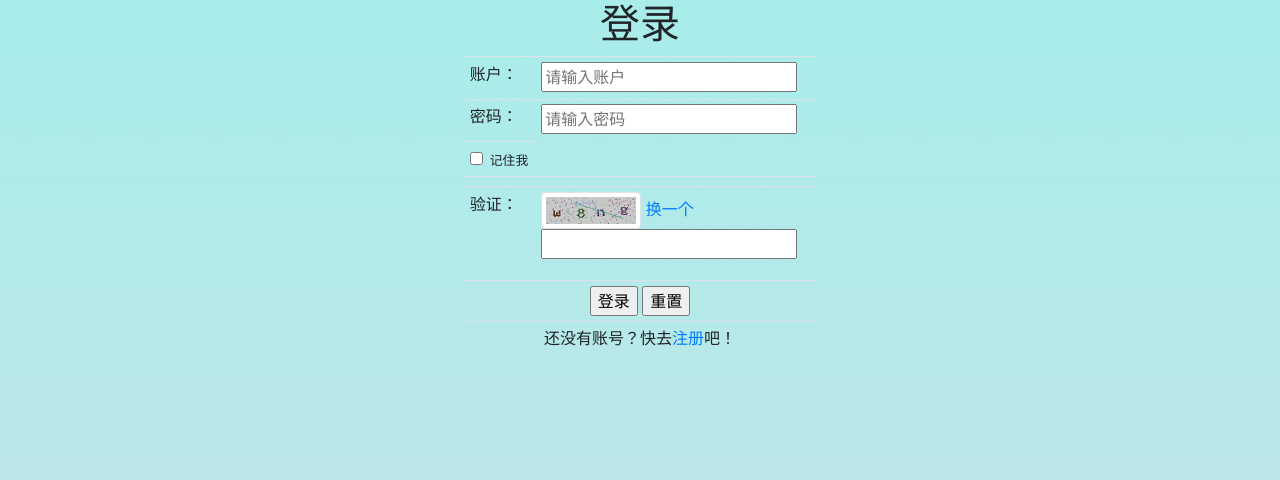
Repository: DHUAVH/Blog
Page: http://localhost/login.php
The author's editor kept a copy of each file at every save. The page is drawn from the files as they stood at one save, then again after the next save.
The browser window is 1280 px wide. The pictures show the whole page.
Some web libraries are served in a nearby version. The page is run by PHP 8.4 with error messages shown; the project is at /var/www/html/.

Above is the page before, as saved 2020-11-22 17:34:12.

### login.php
<!DOCTYPE html>
<html lang="en">
<head>
    <meta charset="UTF-8">
    <meta name="viewport" content="width=device-width, initial-scale=1.0">
    <link rel="stylesheet" href="https://cdn.staticfile.org/twitter-bootstrap/4.3.1/css/bootstrap.min.css">
    <script src="https://cdn.staticfile.org/jquery/3.2.1/jquery.min.js"></script>
    <script src="https://cdn.staticfile.org/popper.js/1.15.0/umd/popper.min.js"></script>
    <script src="https://cdn.staticfile.org/twitter-bootstrap/4.3.1/js/bootstrap.min.js"></script>
    <title>登陆界面</title>

</head>

<body background="images\bgimg.png">
    <div class="container">
        <h1 class="text-center">登录</h1>
        <div class="row">
            <div class="col-sm-4 offset-sm-4">    <!--使用网格系统和偏移量设置居中-->
                <form role="form" action="loginAction.php" method="POST">
                    <table class="table table-sm">      <!--设置表格样式-->
                        <tr>
                            <td><label for="ID">账户：</label></td>
                            <td><input id="ID" type="text" name="username"
                            value="<?php echo isset($_COOKIE['username']) ? $_COOKIE['username'] : "";?>"  placeholder="请输入账户" required></td>
                        </tr>

                        <tr>
                            <td><label for="lastname">密码：</label></td>
                            <td><input type="password" id="lastname" name="password" placeholder="请输入密码" required></td>
                        </tr>

                        <tr>
                            <td>
                                <div class="form-check">
                                    <label class="form-check-label">
                                            <input class="form-check-input" type="checkbox"><small>记住我</small>
                                    </label>
                                </div>
                            </td>
                        </tr>

                        <tr>
                            <td colspan="2" class="text-center" style="color:red;font-size:10px;">
                                 <?php
                                    $err = isset($_GET["err"]) ? $_GET["err"] : "";
                                    switch($err){
                                        case 1:
                                            // 可取消的警告框
                                            echo "<div class='alert alert-danger alert-dismissible fade show' role='alert'>";
                                            echo "<strong>用户名或密码错误!请检查用户名或重新输入密码！</strong>";
                                            echo "<button type=button' class='close' data-dismiss='alert' aria-label='Close'>";
                                            echo "<span aria-hidden='true'>&times;</span>";
                                            echo "</button>";
                                        break;

                                        case 2:
                                            // 可取消的警告框
                                            echo "<div class='alert alert-waring alert-dismissible fade show' role='alert'>";
                                            echo "<strong>警告!用户名和密码不能为空！</strong>";
                                            echo "<button type=button' class='close' data-dismiss='alert' aria-label='Close'>";
                                            echo "<span aria-hidden='true'>&times;</span>";
                                            echo "</button>";
                                        break;

                                        case 3:
                                            // 可取消的警告框
                                            echo "<div class='alert alert-danger alert-dismissible fade show' role='alert'>";
                                            echo "<strong>验证码错误!请重新输入验证码！</strong>";
                                            echo "<button type=button' class='close' data-dismiss='alert' aria-label='Close'>";
                                            echo "<span aria-hidden='true'>&times;</span>";
                                            echo "</button>";
                                        break;
                                    }
                                ?>
                            </td>
                        </tr>

                        <tr>
                            <td>
                                <label for="authcode">验证：</label>
                            </td>

                            <td>
                                <img id="captcha" src="captcha.php?r=<?php echo rand();?>" width="100" class="img-thumbnail">
                                <a href="javascript:void(0)" onclick="document.getElementById('captcha').src='captcha.php?r='+Math.random()">换一个</a><br>
                                <input type="text" name="authcode" value="" required></p>
                            </td>
                        </tr>

                        <tr>
                            <td class="text-center" colspan="2">
                                <input type="submit" name="login" value="登录">
                                <input type="reset" name="reset" value="重置">
                            </td>
                        </tr>

                        <tr>
                            <td class="text-center" colspan="2" >还没有账号？快去<a href="register.php">注册</a>吧！</td>
                        </tr>
                    </table>
                </form>
            </div>
        </div>
    </div>
</body>
</html>

### captcha.php
<?php
  session_start();

  $image = imagecreatetruecolor(100,30);
  $bgcolor = imagecolorallocate($image,200,200,200);
  imagefill($image,0,0,$bgcolor);

  //验证码内容
  $captcha_code = '';
  for($i=0;$i<4;$i++){
      $fontsize = 5;
      $x = ($i*100 / 4) + rand(5,10);
      $y = rand(5,10);
      $data = 'abcdefghkmnprstuvwx345678';
      $str = $data[rand(0,strlen($data))];
      $captcha_code .= $str;
      $fontcolor = imagecolorallocate($image,rand(0,120),rand(0,120),rand(0,120));
      imagestring($image,$fontsize,$x,$y,$str,$fontcolor);
  }

  $_SESSION['authcode'] = $captcha_code;

  //增加点干扰元素
  for($i=0;$i<200;$i++){
      $pointcolor = imagecolorallocate($image,rand(50,200),rand(50,200),rand(50,200));
      imagesetpixel($image,rand(1,99),rand(1,29),$pointcolor);
  }

  //增加线干扰元素
  for($i=0;$i<4;$i++){
      $linecolor = imagecolorallocate($image,rand(80,220),rand(80,220),rand(80,220));
      imageline($image,rand(1,99),rand(1,29),rand(1,99),rand(1,29),$linecolor);
  }


  header('content-type:image/png');    //输出图片的信息
  imagepng($image);   //输出图片

  imagedestroy($image);
?>

After the next save:
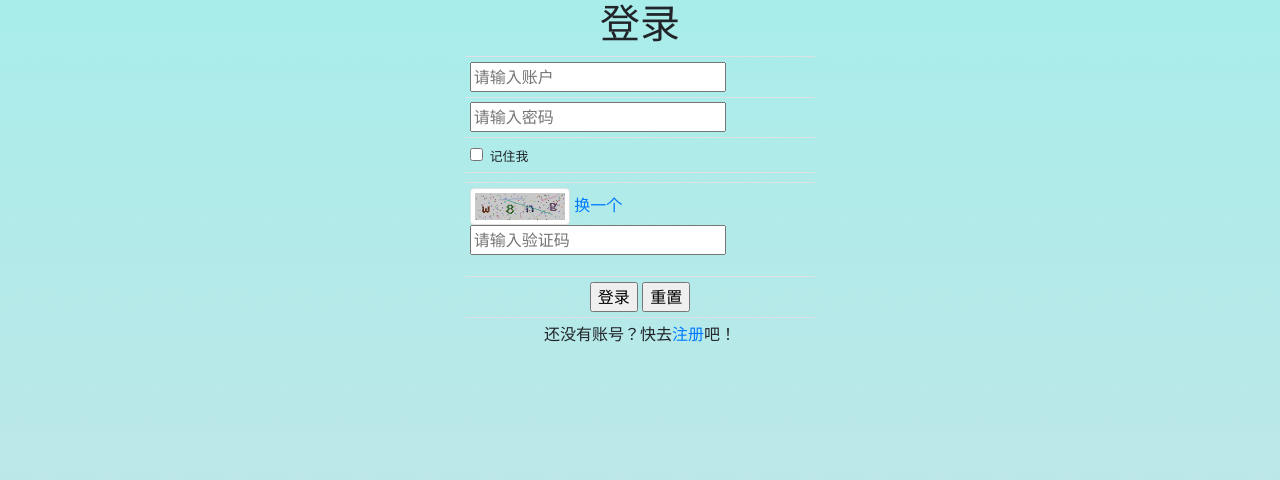
Saved 22 h 5 min later.
--- a/login.php
+++ b/login.php
@@ -19,13 +19,11 @@
                 <form role="form" action="loginAction.php" method="POST">
                     <table class="table table-sm">      <!--设置表格样式-->
                         <tr>
-                            <td><label for="ID">账户：</label></td>
                             <td><input id="ID" type="text" name="username"
                             value="<?php echo isset($_COOKIE['username']) ? $_COOKIE['username'] : "";?>"  placeholder="请输入账户" required></td>
                         </tr>
 
                         <tr>
-                            <td><label for="lastname">密码：</label></td>
                             <td><input type="password" id="lastname" name="password" placeholder="请输入密码" required></td>
                         </tr>
 
@@ -77,13 +75,9 @@
 
                         <tr>
                             <td>
-                                <label for="authcode">验证：</label>
-                            </td>
-
-                            <td>
                                 <img id="captcha" src="captcha.php?r=<?php echo rand();?>" width="100" class="img-thumbnail">
                                 <a href="javascript:void(0)" onclick="document.getElementById('captcha').src='captcha.php?r='+Math.random()">换一个</a><br>
-                                <input type="text" name="authcode" value="" required></p>
+                                <input type="text" name="authcode" placeholder="请输入验证码" required></p>
                             </td>
                         </tr>
 
